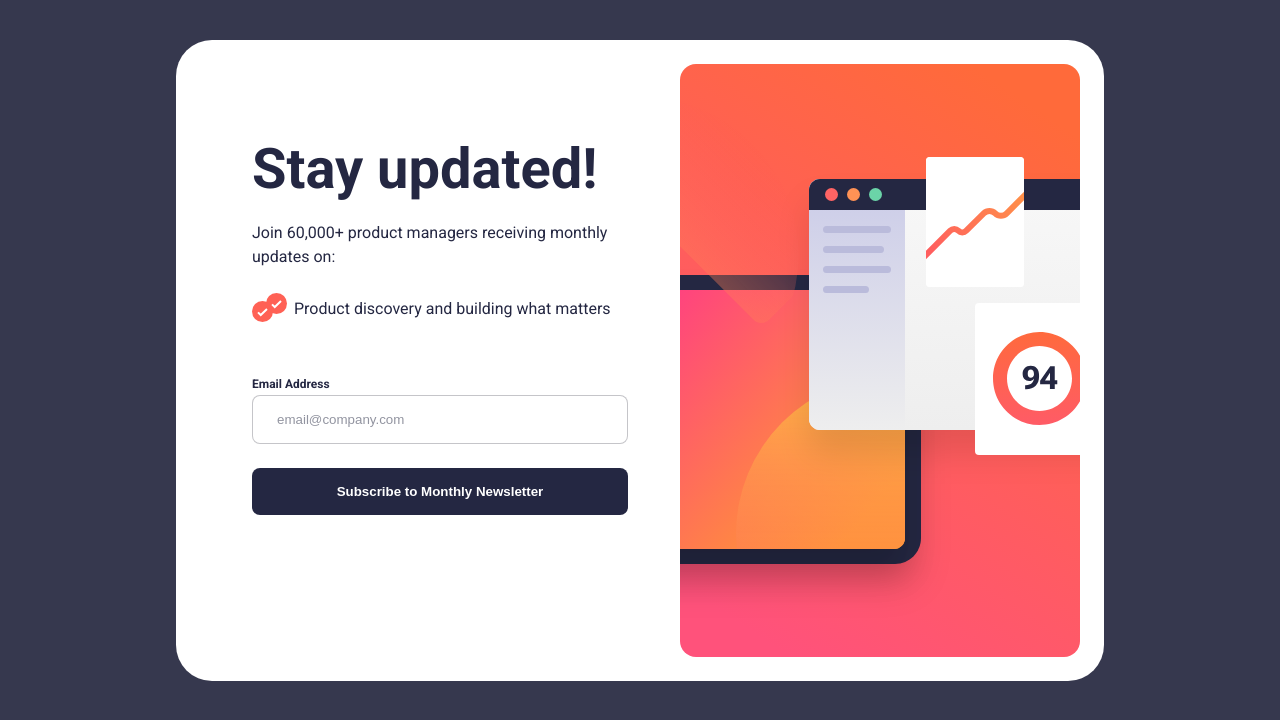
Repository: brandontaylor1/newsletter-signup
Page: index.html
An editor plug-in stored every save of this project. The page is shown before and after the next save, followed by the edit.
The browser window is 1280 px wide. The pictures show the whole page.

Above is the page before, as saved 2025-01-19 22:55:48.

After the next save:
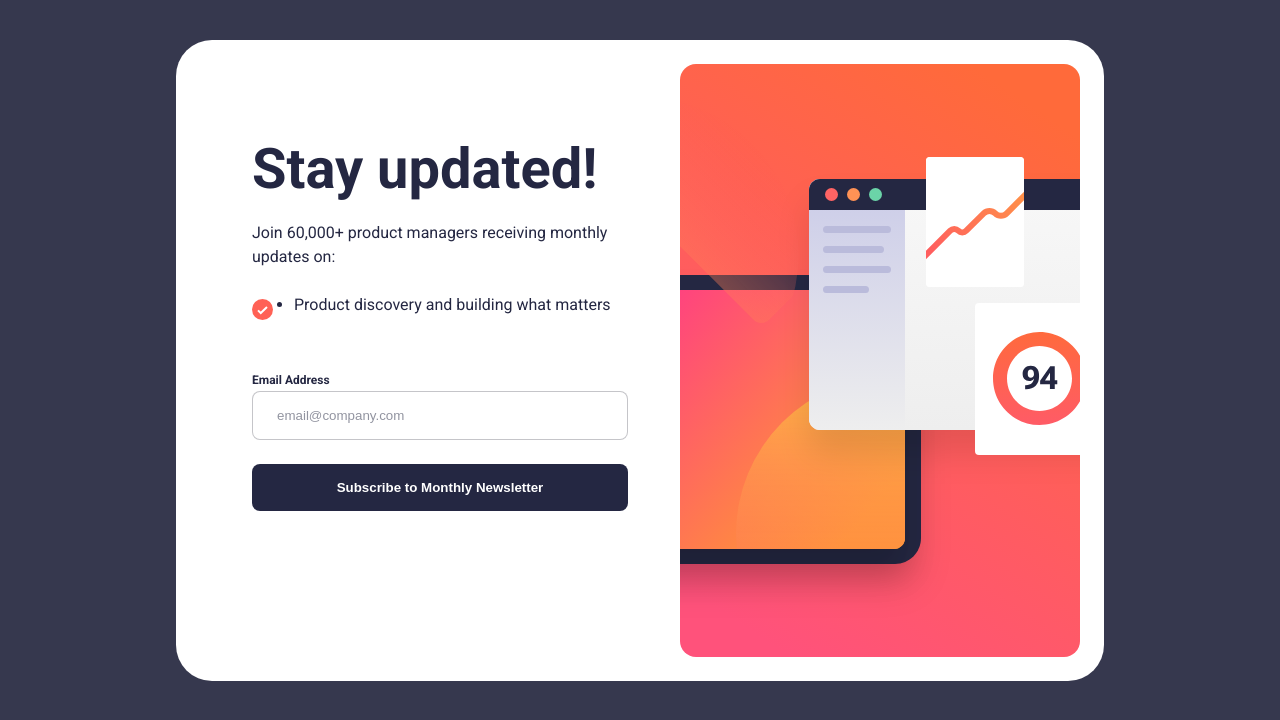
Saved 11 s later.
--- a/styles.css
+++ b/styles.css
@@ -82,9 +82,9 @@ body {
     font-family: "Roboto", sans-serif;
 }
 
-.card-content-list {
+/* .card-content-list {
     list-style-image: url("./assets/images/icon-list.svg")
-}
+} */
 
 .card-content-list li {
     margin-left: 21px;
